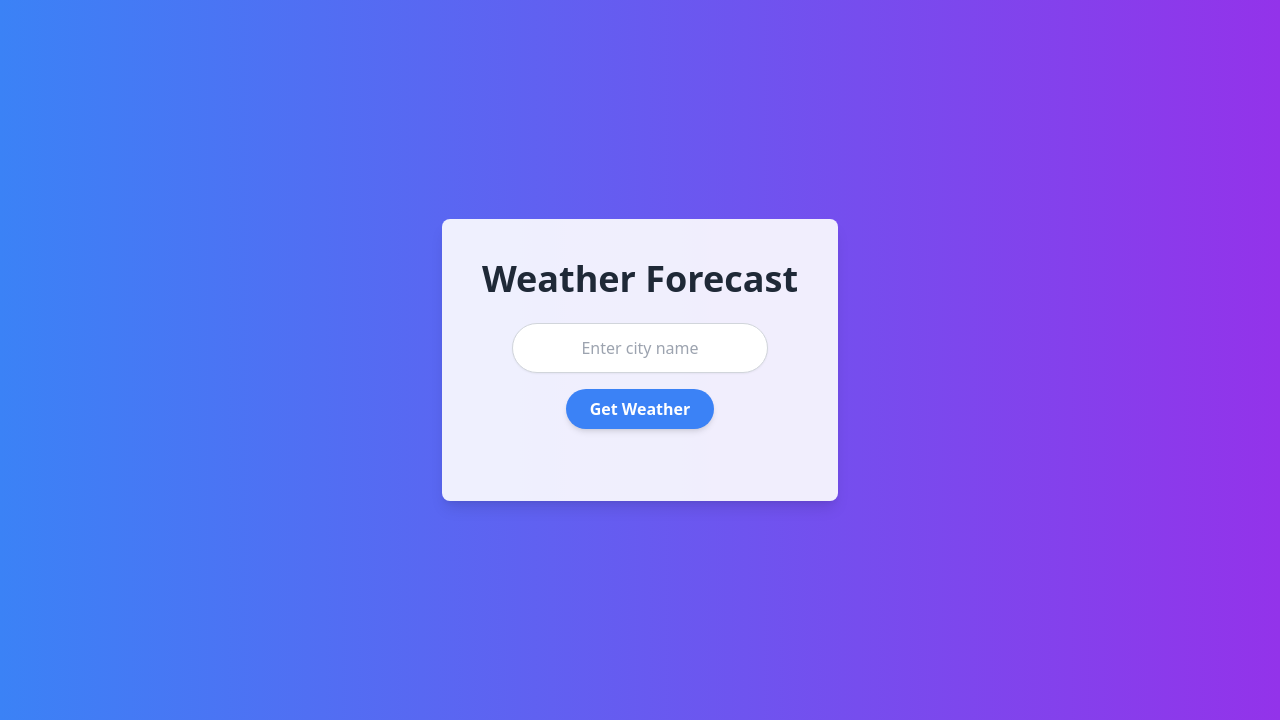
Repository: MKosainHaider/weather-app-react
Page: / (app in weather-app/)
The author's editor kept a copy of each file at every save. The page is drawn from the files as they stood at one save, then again after the next save.
The browser window is 1280 px wide. The pictures show the whole page.
The project was rebuilt for these pictures with package versions that can differ from the ones it lists, and the page was loaded fresh each time. Also part of the build but not shown: weather-app/vite.config.js, weather-app/src/components/WeatherCard.jsx, weather-app/src/components/WeatherList.jsx.

Above is the page before, as saved 2024-08-19 14:47:37.

### weather-app/index.html
<!doctype html>
<html lang="en">

<head>
  <meta charset="UTF-8" />
  <link rel="icon" type="image/svg+xml" href="/vite.svg" />
  <meta name="viewport" content="width=device-width, initial-scale=1.0" />
  <title>Weather App</title>
</head>

<body>
  <div id="root"></div>
  <script type="module" src="/src/main.jsx"></script>
</body>

</html>

### weather-app/src/App.jsx
import React, { useState } from "react";
import CityInput from "./components/CityInput";
import WeatherList from "./components/WeatherList";

function App() {
  const [city, setCity] = useState("");

  return (
    <div className="flex flex-col items-center justify-center min-h-screen bg-gradient-to-r from-blue-500 to-purple-600">
      <div className="p-10 text-center bg-white rounded-lg shadow-lg bg-opacity-90">
        <h1 className="mb-6 text-4xl font-bold text-gray-800">
          Weather Forecast
        </h1>
        <CityInput onCityChange={setCity} />
        <WeatherList city={city} />
      </div>
    </div>
  );
}

export default App;

### weather-app/src/components/CityInput.jsx
import React from "react";

class CityInput extends React.Component {
  constructor(props) {
    super(props);
    this.state = {
      city: "",
    };
  }

  handleInputChange = (event) => {
    this.setState({ city: event.target.value });
  };

  handleSubmit = (event) => {
    event.preventDefault();
    if (this.state.city.trim()) {
      this.props.onCityChange(this.state.city);
    }
  };

  render() {
    return (
      <div className="mb-8">
        <form
          onSubmit={this.handleSubmit}
          className="flex flex-col items-center"
        >
          <input
            type="text"
            value={this.state.city}
            onChange={this.handleInputChange}
            placeholder="Enter city name"
            className="w-64 p-3 mb-4 text-center border border-gray-300 rounded-full shadow-sm focus:outline-none focus:ring-2 focus:ring-blue-500 focus:border-transparent"
          />
          <button
            type="submit"
            className="px-6 py-2 font-semibold text-white transition duration-300 bg-blue-500 rounded-full shadow-md hover:bg-blue-600"
          >
            Get Weather
          </button>
        </form>
      </div>
    );
  }
}

export default CityInput;

Loaded but not shown: weather-app/src/main.jsx (common file); weather-app/src/index.css (common file); weather-app/tailwind.config.js (common file)

After the next save:
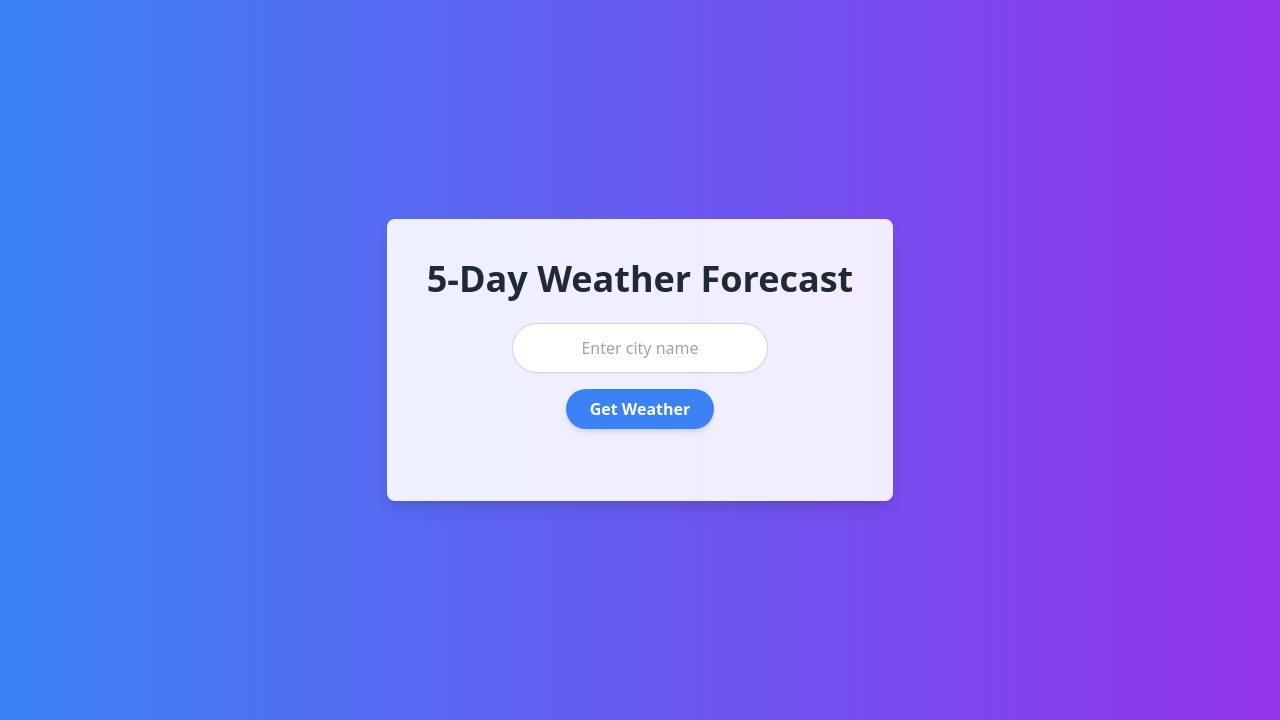
Saved 12 s later.
--- a/weather-app/src/App.jsx
+++ b/weather-app/src/App.jsx
@@ -9,7 +9,7 @@
     <div className="flex flex-col items-center justify-center min-h-screen bg-gradient-to-r from-blue-500 to-purple-600">
       <div className="p-10 text-center bg-white rounded-lg shadow-lg bg-opacity-90">
         <h1 className="mb-6 text-4xl font-bold text-gray-800">
-          Weather Forecast
+          5-Day Weather Forecast
         </h1>
         <CityInput onCityChange={setCity} />
         <WeatherList city={city} />

After the 2 saves that followed:
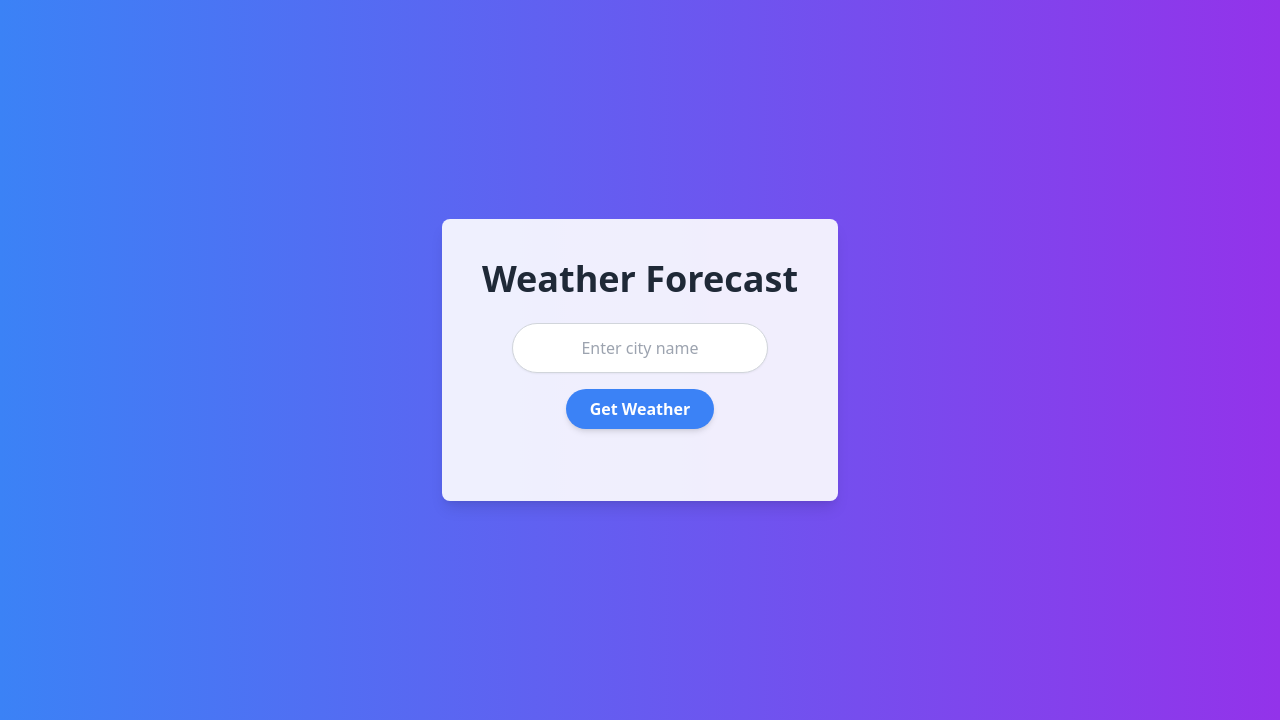
The 2 saves are shown as one change because 1 left the picture as it was.
The last was saved 98 s later.
--- a/weather-app/src/App.jsx
+++ b/weather-app/src/App.jsx
@@ -9,7 +9,7 @@
     <div className="flex flex-col items-center justify-center min-h-screen bg-gradient-to-r from-blue-500 to-purple-600">
       <div className="p-10 text-center bg-white rounded-lg shadow-lg bg-opacity-90">
         <h1 className="mb-6 text-4xl font-bold text-gray-800">
-          5-Day Weather Forecast
+          Weather Forecast
         </h1>
         <CityInput onCityChange={setCity} />
         <WeatherList city={city} />
--- a/weather-app/src/components/CityInput.jsx
+++ b/weather-app/src/components/CityInput.jsx
@@ -1,48 +1,38 @@
-import React from "react";
+import React, { useState } from "react";
 
-class CityInput extends React.Component {
-  constructor(props) {
-    super(props);
-    this.state = {
-      city: "",
-    };
-  }
+function CityInput({ onCityChange }) {
+  const [city, setCity] = useState("");
 
-  handleInputChange = (event) => {
-    this.setState({ city: event.target.value });
+  const handleInputChange = (event) => {
+    setCity(event.target.value);
   };
 
-  handleSubmit = (event) => {
+  const handleSubmit = (event) => {
     event.preventDefault();
-    if (this.state.city.trim()) {
-      this.props.onCityChange(this.state.city);
+    if (city.trim()) {
+      onCityChange(city);
     }
   };
 
-  render() {
-    return (
-      <div className="mb-8">
-        <form
-          onSubmit={this.handleSubmit}
-          className="flex flex-col items-center"
+  return (
+    <div className="mb-8">
+      <form onSubmit={handleSubmit} className="flex flex-col items-center">
+        <input
+          type="text"
+          value={city}
+          onChange={handleInputChange}
+          placeholder="Enter city name"
+          className="w-64 p-3 mb-4 text-center border border-gray-300 border-solid rounded-full shadow-sm focus:outline-none focus:ring-2 focus:ring-blue-500 focus:border-transparent"
+        />
+        <button
+          type="submit"
+          className="px-6 py-2 font-semibold text-white transition duration-300 bg-blue-500 rounded-full shadow-md hover:bg-blue-600"
         >
-          <input
-            type="text"
-            value={this.state.city}
-            onChange={this.handleInputChange}
-            placeholder="Enter city name"
-            className="w-64 p-3 mb-4 text-center border border-gray-300 rounded-full shadow-sm focus:outline-none focus:ring-2 focus:ring-blue-500 focus:border-transparent"
-          />
-          <button
-            type="submit"
-            className="px-6 py-2 font-semibold text-white transition duration-300 bg-blue-500 rounded-full shadow-md hover:bg-blue-600"
-          >
-            Get Weather
-          </button>
-        </form>
-      </div>
-    );
-  }
+          Get Weather
+        </button>
+      </form>
+    </div>
+  );
 }
 
 export default CityInput;
